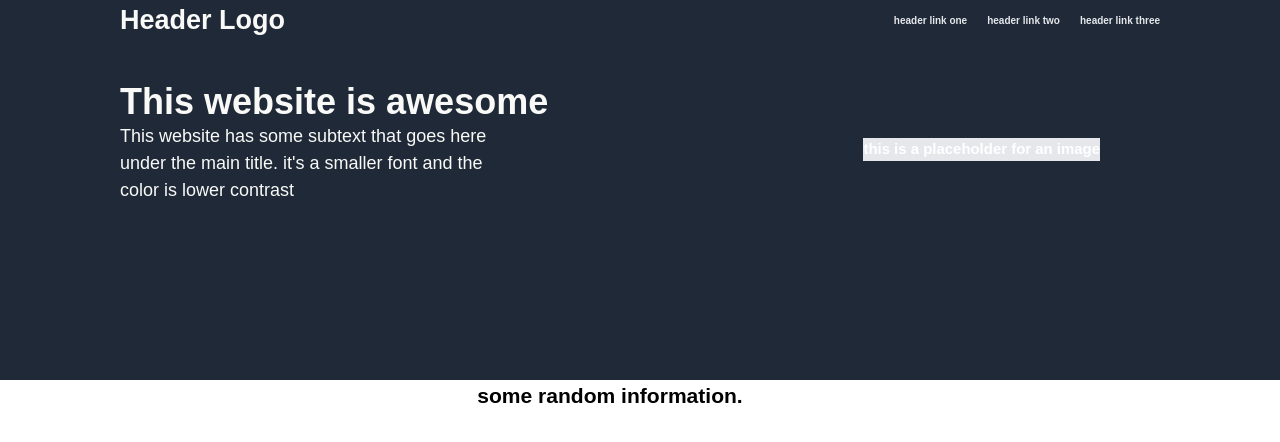
Repository: Grace561/css-exercises
Page: index.html
The author's editor kept a copy of each file at every save. The page is drawn from the files as they stood at one save, then again after a run of saves.
The browser window is 1280 px wide. The pictures show the whole page.

Above is the page before, as saved 2025-04-18 02:48:19.

After the next 2 saves:
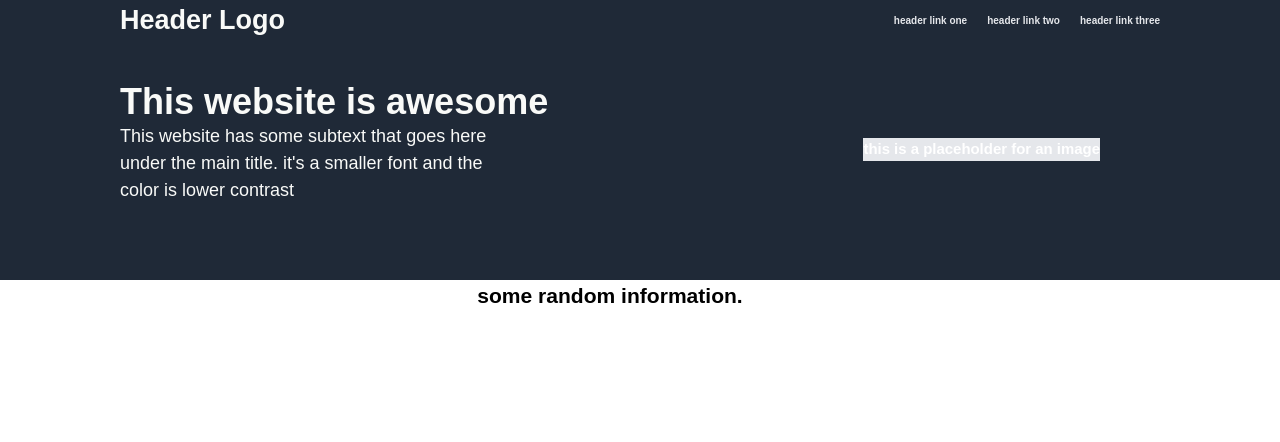
The 2 saves are shown as one change because they came seconds apart.
The last was saved 7 s later.
--- a/style.css
+++ b/style.css
@@ -57,7 +57,7 @@
 .header{
     background-color:#1f2937;
     color:#f9faf8;
-    min-height: 300px;
+    min-height: 200px;
 }
 
 .header h1{

After the 4 saves that followed:
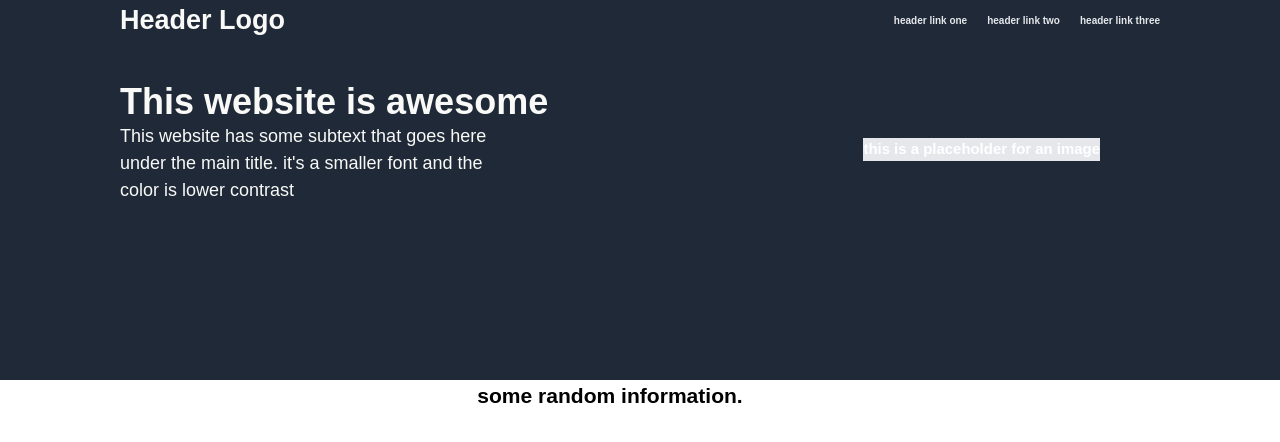
The 4 saves are shown as one change because 1 left the picture as it was and some came seconds apart.
The last was saved 14 s later.
--- a/style.css
+++ b/style.css
@@ -57,7 +57,7 @@
 .header{
     background-color:#1f2937;
     color:#f9faf8;
-    min-height: 200px;
+    min-height: 300px;
 }
 
 .header h1{
